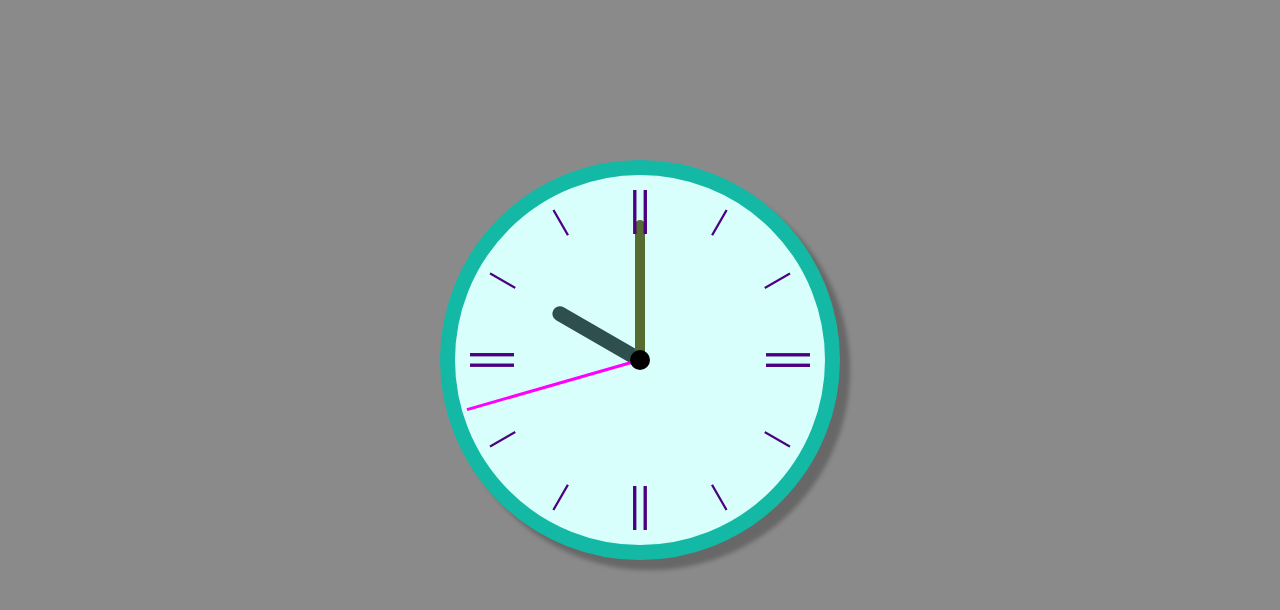
Repository: ChenWarren/web-clock
Page: index.html
An editor plug-in stored every save of this project. The page is shown before and after the next save, followed by the edit.
The browser window is 1280 px wide. The pictures show the whole page.

Above is the page before, as saved 2021-03-19 10:04:25.

### index.html
<!DOCTYPE html>
<html lang="en">
<head>
    <meta charset="UTF-8">
    <meta http-equiv="X-UA-Compatible" content="IE=edge">
    <meta name="viewport" content="width=device-width, initial-scale=1.0">
    <link rel="stylesheet" href="main.css">
    <title>Clock</title>
</head>
<body>
    <main class="clock">
        <!-- hour, minute, second handle and center cot -->
        <div class="hour"></div>
        <div class="minute"></div>
        <div class="second"></div>
        <div class="center_dot"></div>

        <!-- time marks on clock -->
        <div class="number dot_1">
            <h4>|</h4>
        </div>
        <div class="number dot_2">
            <h4>|</h4>
        </div>
        <div class="number dot_3">
            <h2>||</h2>
        </div>
        <div class="number dot_4">
            <h4>|</h4>
        </div>
        <div class="number dot_5">
            <h4>|</h4>
        </div>
        <div class="number dot_6">
            <h2>||</h2>
        </div>
        <div class="number dot_7">
            <h4>|</h4>
        </div>
        <div class="number dot_8">
            <h4>|</h4>
        </div>
        <div class="number dot_9">
            <h2>||</h2>
        </div>
        <div class="number dot_10">
            <h4>|</h4>
        </div>
        <div class="number dot_11">
            <h4>|</h4>
        </div>
        <div class="number dot_12">
            <h2>||</h2>
        </div>
    </main>

    <script src="clock.js"></script>

</body>
</html>

### main.css
* {
    margin: 0;
    padding: 0;
    box-sizing: border-box;
}

body {
    background-color: rgb(138, 138, 138);
    display: flex;
    justify-content: center;
    align-items: center;
    width: 100vw;
    height: 100vh;
    overflow: hidden;
}

.clock {
    width: 400px;
    height: 400px;
    border-radius: 50%;
    background: #d8fffb;
    border: 15px solid #14B9A5;
    box-sizing: border-box;
    box-shadow: 10px 10px 4px rgba(0, 0, 0, 0.25);
    position: relative;
}

.hour {
    --rotation: 30deg;
    width: 15px;
    height: 100px;
    background-color:  darkslategray;
    position: absolute;
    left: 50%;
    bottom: 50%;
    transform: translateX(-50%) rotate(var(--rotation));
    transform-origin: center bottom;
    border-top-left-radius: 10px;
    border-top-right-radius: 10px;
}

.minute {
    --rotation: 30deg;
    width: 10px;
    height: 140px;
    background-color:darkolivegreen;
    position: absolute;
    left: 50%;
    bottom: 50%;
    transform: translateX(-50%);
    border-top-left-radius: 5px;
    border-top-right-radius: 5px;
}

.second {
    width: 3px;
    height: 180px;
    background-color: fuchsia;
    position: absolute;
    left: 50%;
    bottom: 50%;
    transform: translateX(-50%) rotate(254deg);
    transform-origin: center bottom;
}

.center_dot {
    background-color: #000;
    width: 20px;
    height: 20px;
    border-radius: 50%;
    position: absolute;
    left: 50%;
    bottom: 50%;
    transform: translate(-50%, 50%);
}

.number {
    display: flex;
    height: 370px;
    width: 370px;
    padding-top: 5px;
    justify-content: center;
    color: indigo;
    position: absolute;
    font-size: 2rem;
}

.dot_1 {
    transform: rotate(30deg);
}

.dot_2 {
    transform: rotate(60deg);
}

.dot_3 {
    transform: rotate(90deg);
}

.dot_4 {
    transform: rotate(120deg);
}

.dot_5 {
    transform: rotate(150deg);
}

.dot_6 {
    transform: rotate(180deg);
}

.dot_7 {
    transform: rotate(210deg);
}

.dot_8 {
    transform: rotate(240deg);
}

.dot_9 {
    transform: rotate(270deg);
}

.dot_10 {
    transform: rotate(300deg);
}

.dot_11 {
    transform: rotate(330deg);
}

### clock.js
// setInterval(setClock, 1000)

function setClock()
{
    let date = new Date()
    let hourRetio = date.getHours()/12
    let minuteRetio = date.getMinutes()/60
    let secondRetio = date.getSeconds()/60

    let hour = document.getElementsByClassName('hour')[0]
    let minute = document.getElementsByClassName('minute')[0]
    let second = document.getElementsByClassName('second')[0]

    let hourDeg = hourRetio*360 + 'deg'
    let minuteDeg = minuteRetio*360 + 'deg'

    hour.style.setProperty('--rotation', hourDeg)
    minute.style.setProperty('--rotation', minuteDeg)

    console.log(hourDeg)
    console.log(minuteDeg)
}

setClock()

After the next save:
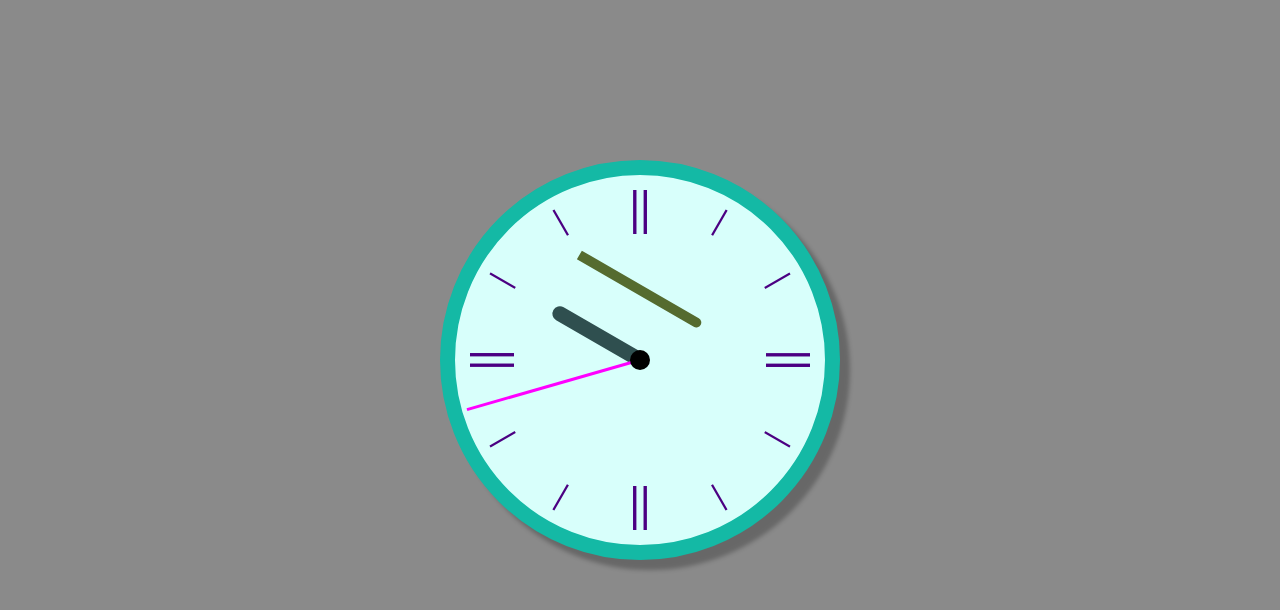
Saved 20 s later.
--- a/main.css
+++ b/main.css
@@ -47,7 +47,7 @@ body {
     position: absolute;
     left: 50%;
     bottom: 50%;
-    transform: translateX(-50%);
+    transform: translateX(-50%) rotate(var(--rotation));
     border-top-left-radius: 5px;
     border-top-right-radius: 5px;
 }
